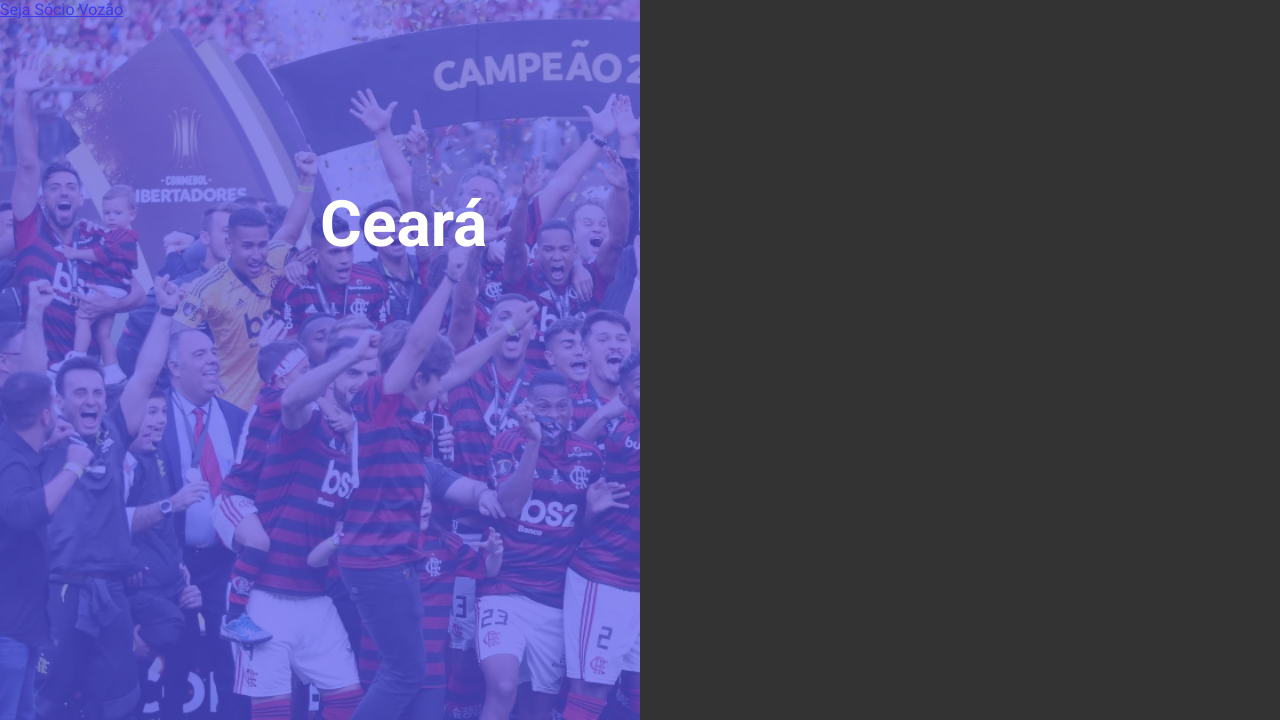
Repository: Williamlmachado/Divis-o-de-P-gina
Page: index.html
The author's editor kept a copy of each file at every save. The page is drawn from the files as they stood at one save, then again after the next save.
The browser window is 1280 px wide. The pictures show the whole page.

Above is the page before, as saved 2021-08-17 09:50:51.

### index.html
<!DOCTYPE html>
<html lang="en">
  <head>
    <meta charset="UTF-8" />
    <meta name="viewport" content="width=device-width, initial-scale=1.0" />
    <link rel="stylesheet" href="style.css" />
    <title>Split Landing Page
    </title>
  </head>
  <body>
      <div class="container">
          <div class="split left">
              <h1>Flamengo</h1>
              <a href="#" class="btn">Seja Sócio Nação</a>
          </div>
          <div class="split left">
            <h1>Ceará</h1>
            <a href="#" class="btn">Seja Sócio Vozão</a>
        </div>
      </div>
      <script src="script.js"></script>
  </body>
</html>

### style.css
@import url('https://fonts.googleapis.com/css2?family=Roboto:wght@400;700&display=swap');

:root {
  --left-bg-color: rgba(87, 84, 236, 0.7);
  --right-bg-color: rgba(43, 43, 43, 0.8);
  --left-btn-hover-color: rgba(87, 84, 236, 1);
  --right-btn-hover-color: rgba(28, 122, 28, 1);
  --hover-width: 75%;
  --other-width: 25%;
  --speed: 1000ms;
}

* {
  box-sizing: border-box;
}

body {
  font-family: 'Roboto', sans-serif;
  height: 100vh;
  overflow: hidden;
  margin: 0;
}
h1{
 font-size: 4rem;
 color: #fff;
 position: absolute;
 left: 50%;
 top:20%;
 transform: ;
}
.container{
    position: relative;
    width: 100%;
    height: 100%;
    background: #333;
}
.split{
    position: absolute;
    width: 50%;
    height: 100%;
    overflow: hidden;
}
.split.left{
    left:0;
    background: url('flamengo-v-river-plate-copa-conmebol-libertadores-2019-5dd9bc78727cd99309000001.webp');
    background-repeat: no-repeat;
    background-size: cover;

}
.split.left::before{
    content: '';
    position: absolute;
    width: 100%;
    height: 100%;
    background-color: var(--left-bg-color);
}
.split.right{
    right: 0;
    background: url('img-9633.webp');
    background-repeat: no-repeat;
    background-size: cover;
}
.split.right::before{
    content: '';
    position: absolute;
    width: 100%;
    height: 100%;
    background-color: var(--right-bg-color);
}

Loaded but not shown: script.js (no copy from this time; the picture is the same without it)

After the next save:
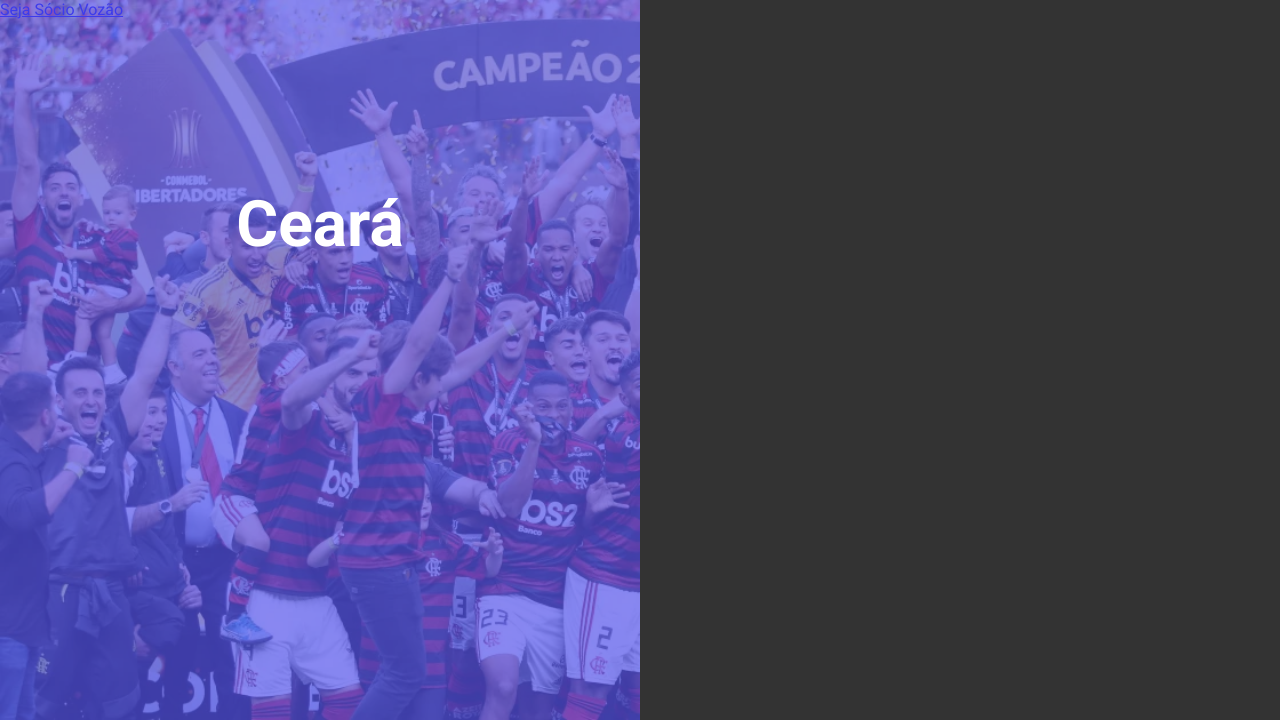
Saved 12 s later.
--- a/style.css
+++ b/style.css
@@ -26,7 +26,7 @@
  position: absolute;
  left: 50%;
  top:20%;
- transform: ;
+ transform: translateX(-50%);
 }
 .container{
     position: relative;
